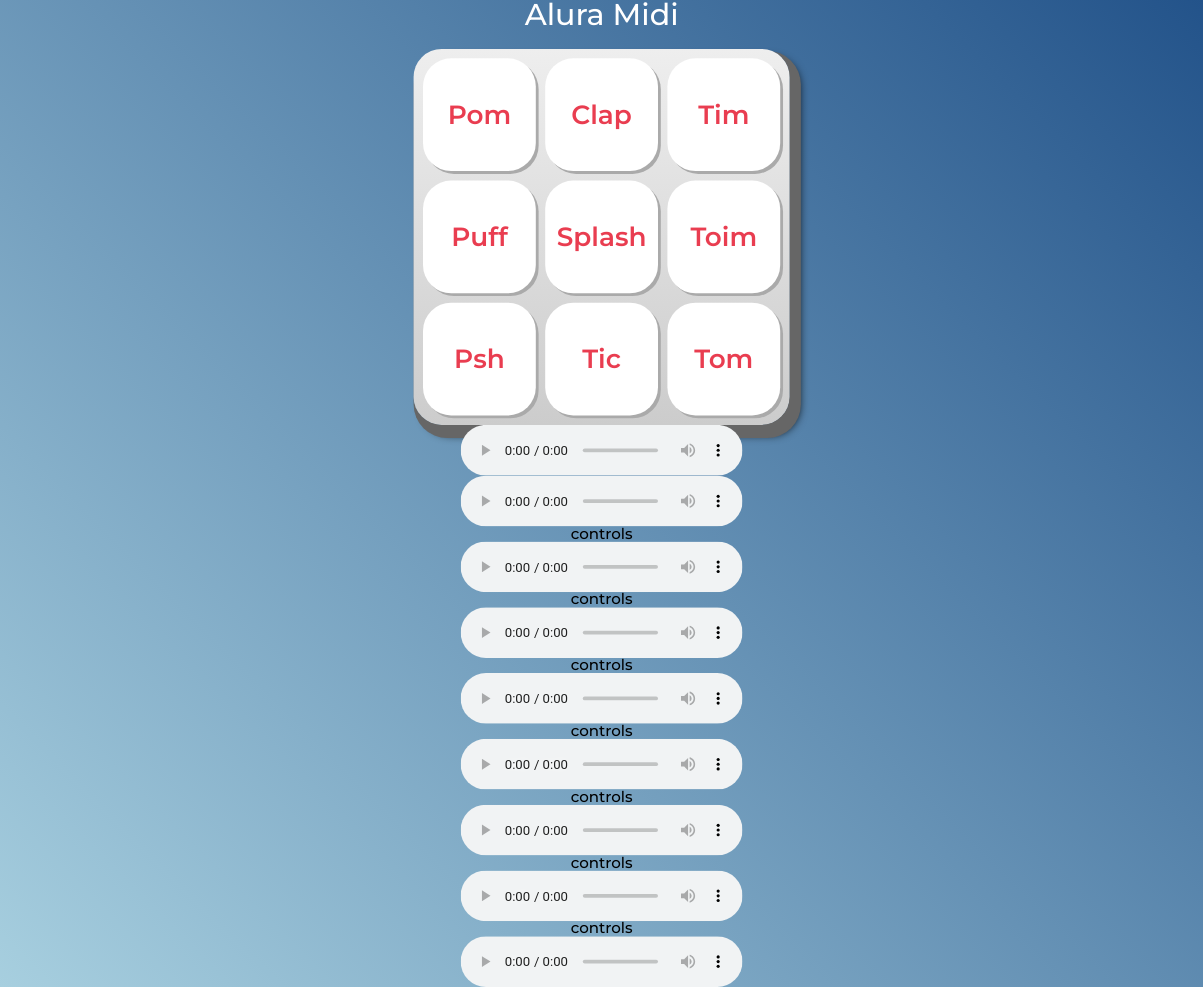
Repository: raphaanunes/codigos
Page: Cursos JavaScript/JavaScript para Web Crie paginas dinamicas/aluramidi-curso-arquivos-iniciais/index.html
An editor plug-in stored every save of this project. The page is shown before and after the next save, followed by the edit.
The browser window is 1280 px wide. The pictures show the whole page, at 94% of full size.

Above is the page before, as saved 2024-08-11 16:15:20.

After the next save:
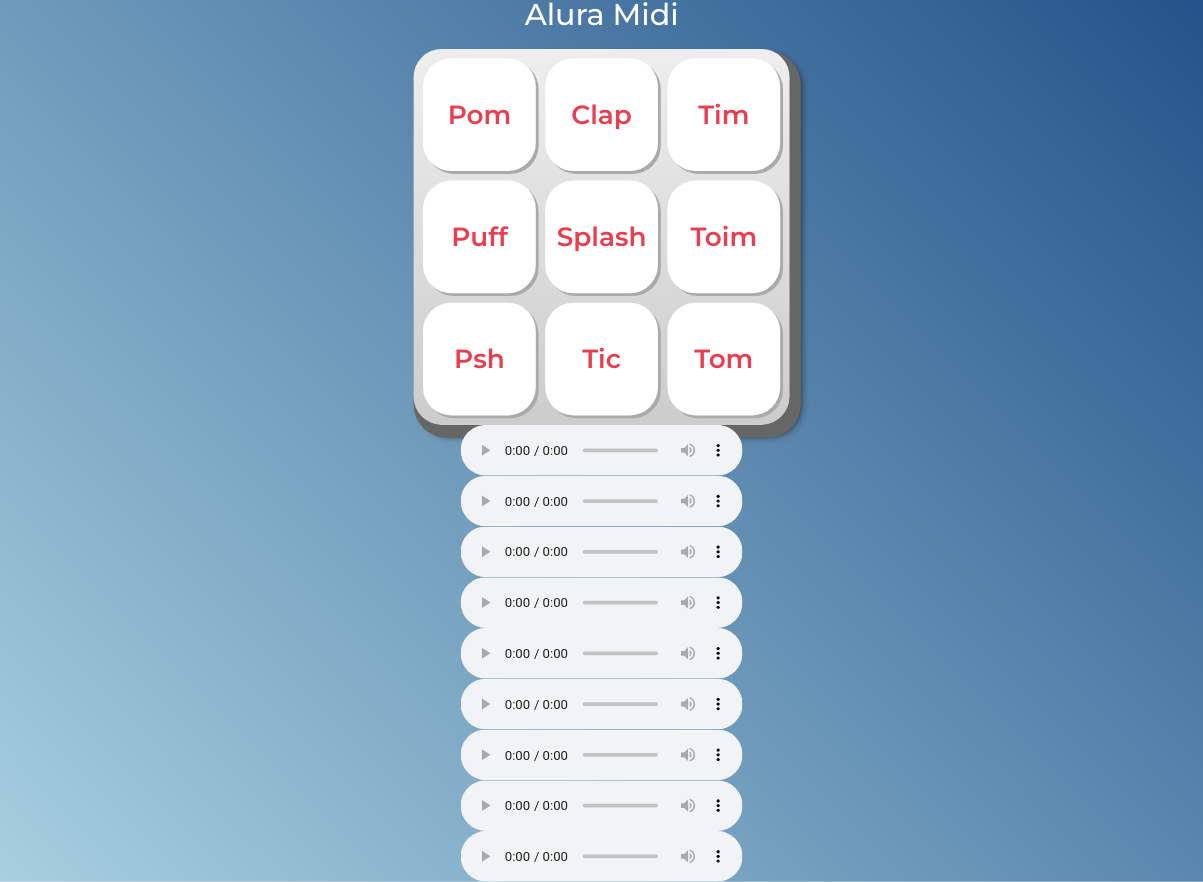
Saved 12 s later.
--- a/Cursos JavaScript/JavaScript para Web Crie paginas dinamicas/aluramidi-curso-arquivos-iniciais/index.html
+++ b/Cursos JavaScript/JavaScript para Web Crie paginas dinamicas/aluramidi-curso-arquivos-iniciais/index.html
@@ -35,13 +35,13 @@
     </section>
 
     <audio controls src="sounds/keyq.wav" id="som_tecla_pom"></audio>
-    <audio controls src="sounds/keyw.wav" id="som_tecla_clap"></audio>controls
-    <audio controls src="sounds/keye.wav" id="som_tecla_tim"></audio>controls
-    <audio controls src="sounds/keya.wav" id="som_tecla_puff"></audio>controls
-    <audio controls src="sounds/keys.wav" id="som_tecla_splash"></audio>controls
-    <audio controls src="sounds/keyd.wav" id="som_tecla_toim"></audio>controls
-    <audio controls src="sounds/keyz.wav" id="som_tecla_psh"></audio>controls
-    <audio controls src="sounds/keyx.wav" id="som_tecla_tic"></audio>controls
+    <audio controls src="sounds/keyw.wav" id="som_tecla_clap"></audio>
+    <audio controls src="sounds/keye.wav" id="som_tecla_tim"></audio>
+    <audio controls src="sounds/keya.wav" id="som_tecla_puff"></audio>
+    <audio controls src="sounds/keys.wav" id="som_tecla_splash"></audio>
+    <audio controls src="sounds/keyd.wav" id="som_tecla_toim"></audio>
+    <audio controls src="sounds/keyz.wav" id="som_tecla_psh"></audio>
+    <audio controls src="sounds/keyx.wav" id="som_tecla_tic"></audio>
     <audio controls src="sounds/keyc.wav" id="som_tecla_tom"></audio>
 
 </body>
